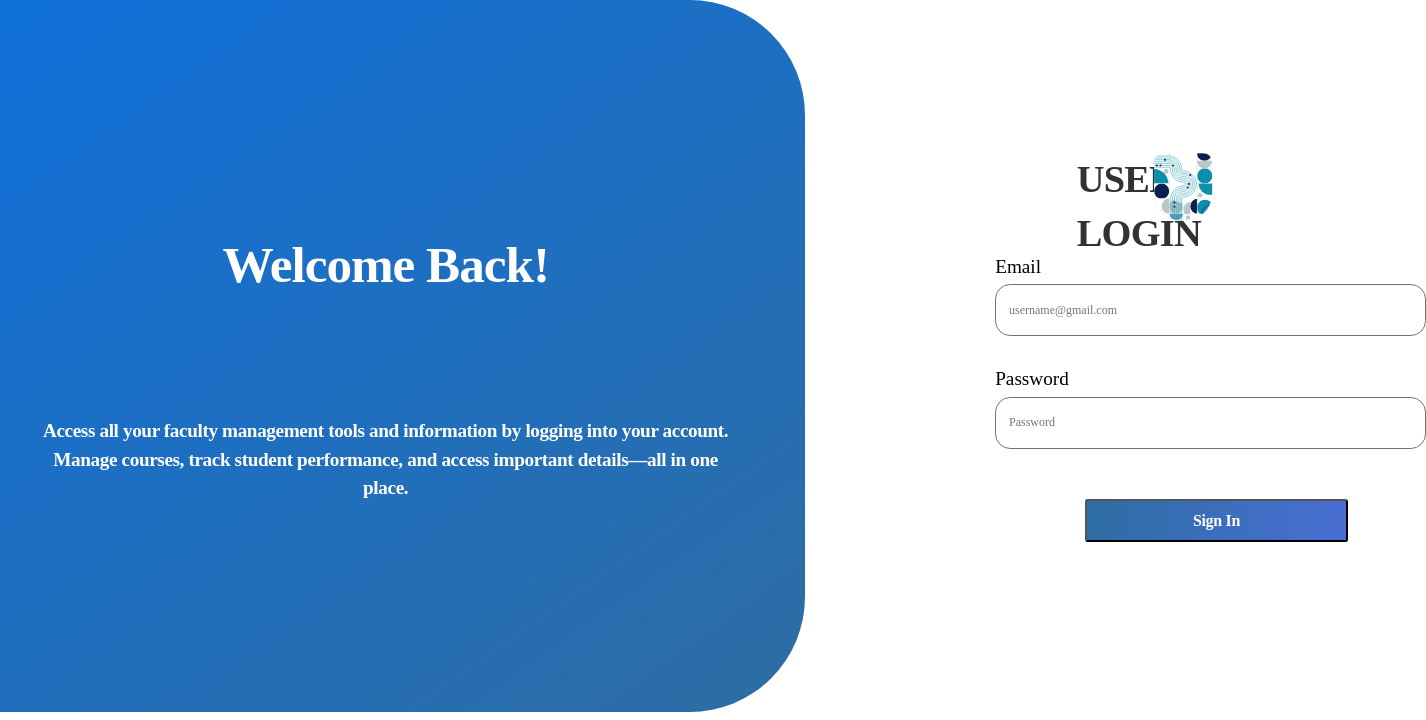
Repository: xedha/ProjetS4
Page: / (app in Frontend/)
These files come from the project's save history. The page is drawn as it stood at one moment and after a run of saves; the edit follows.
The browser window is 1280 px wide. The page is 1426 px wide, so the pictures cover 1426 px, including what lies to the right of the window. The pictures show the whole page.
The project was rebuilt for these pictures with package versions that can differ from the ones it lists, and the page was loaded fresh each time. Also part of the build but not shown: Frontend/vite.config.ts, Frontend/src/components/common/Header.css, Frontend/src/components/common/Header.tsx, Frontend/src/components/common/Sidebar.css, Frontend/src/components/common/Sidebar.tsx, Frontend/src/services/api.ts, Frontend/src/components/common/Search.tsx, Frontend/src/components/common/AddButton.tsx and 6 more.

Above is the page before, as saved 2025-04-13 20:10:50.

After the next 7 saves:
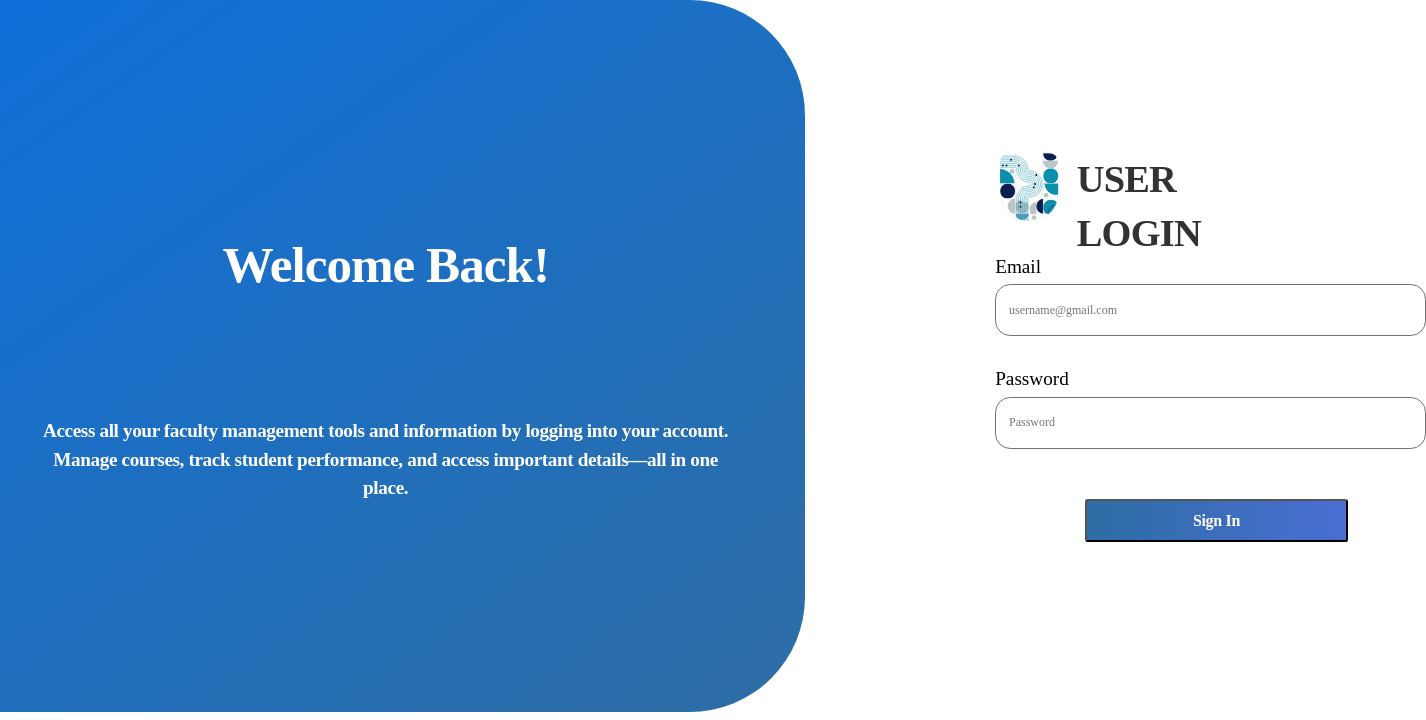
The 7 saves are shown as one change because they came seconds apart.
The last was saved 21 s later.
--- a/Frontend/src/components/login/RightPanel.css
+++ b/Frontend/src/components/login/RightPanel.css
@@ -136,7 +136,7 @@ html {
 
     position: absolute;
 
-    left : 6rem;
+    left : -6rem;
      top: 0rem;
      bottom: ;
   }
